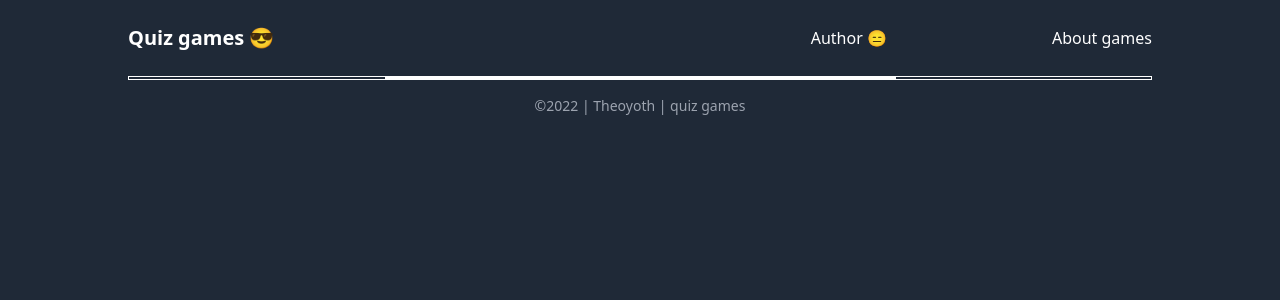
Repository: theoyoth/quiz-game
Page: /game
These files come from the project's save history. The page is drawn as it stood at one moment and after the next save; the edit follows.
The browser window is 1280 px wide. The pictures show the whole page.
The page's requests for data from a server got no answer. The project was rebuilt for these pictures with package versions that can differ from the ones it lists, and the page was loaded fresh each time. The framework's server and built-in components were replaced by stand-ins that run in the browser. No one was signed in, and anything a server would have sent is missing. Also part of the build but not shown: nuxt.config.js, layouts/404.vue, layouts/error.vue, layouts/errorLayout.vue. Imported but missing from the stored project, and not drawn on this page: components/EndPage.vue.

Above is the page before, as saved 2022-06-16 15:32:04.

### assets/css/main.css
@tailwind base;
@tailwind components;
@tailwind utilities;


/* hide scrollbar */
/* ================================ */
* {
  /* for explorer, edge */
  -ms-overflow-style: none;
  /* for firefox */
  scrollbar-width: none;
}
::-webkit-scrollbar {
  /* for chrome, safari, and opera */
  display: none;
}
/* ================================ */

.correct {
  background-color: rgb(23, 87, 170);
}
.incorrect {
  background-color: rgb(204, 49, 41);
}

### components/Footer.vue
.<template>
  <div class="text-center mt-4">
    <p class="text-sm text-gray-400">&copy;2022 | Theoyoth | quiz games</p>
  </div>
</template>

<script>
export default {

}
</script>

### components/Header.vue
<template>
  <div class="flex justify-between items-center">
    <div>
      <h2 class="font-bold text-xl">
        <NuxtLink to="/">Quiz games 😎</NuxtLink>
      </h2>
    </div>
    <div class="lg:w-1/3 sm:w-1/2 md:w-1/3 xl:w-1/3 flex justify-between items-center">
      <NuxtLink to="/">Author 😑</NuxtLink>
      <NuxtLink to="/about">About games</NuxtLink>
    </div>
  </div>
</template>

<script>
export default {

}
</script>

### components/Loading.vue
<template>
  <div class="loading">
    <span></span>
  </div>
</template>

<script>
export default {

}
</script>

<style>
.loading {
  height: 100vh;
  width: 100%;
  display: flex;
  justify-content: center;
  align-items: center;
}
@keyframes circle-loading {
  to {
    transform: rotateZ(360deg);
  }
}
.loading span{
  display: block;
  width: 70px;
  height: 70px;
  border-radius: 50%;
  border: 2px solid transparent;
  border-top-color: #fff;
  animation: circle-loading 1200ms ease infinite;

}
</style>

### components/Main.vue
<template>
  <div>
    <div class="lg:px-10 md:px-8 sm:px-4 xl:px-32 py-6 min-h-screen bg-gray-800 text-white">
    <Header />
      <NuxtChild />
    <Footer />
    </div>
  </div>
</template>

<script>
export default {

}
</script>

### layouts/default.vue
<template>
  <Main>
      <Nuxt />
  </Main>
</template>

### pages/game.vue
<template>
  <div  class="mt-6">
    <Loading v-if="$fetchState.pending"/>
    <div v-else class="w-full grid grid-cols-1 place-items-center border border-white border-1">
      <div class="xl:w-1/2 lg:w-3/4 sm:w-11/12 md:w-2/3 border border-white border-1">
        <div v-for="(q,i) in questionNow" :key="i" class="mb-4 border border-white border-1">
          <div class="px-6 py-8 bg-gray-600 rounded-lg text-center">
            <h1 class="text-lg font-semibold">{{q.question}}</h1>
            <div class="mt-4 grid grid-cols-2 gap-4 justify-items-center">
              <div v-for="(an,i) in q.answer" :key="i" class="w-40 py-2 bg-green-600 rounded-lg cursor-pointer text-center hover:bg-green-500" @click="sendAnswer">
                {{an}}
              </div>
            </div>
          </div>
        </div>
      </div>
    </div>
    <div v-if="feedback !== ''">
        <h1>{{feedback}}</h1>
    </div>
  </div>
</template>

<script>
export default {
  data() {
    return {
      dataQuestions:[],
      questions:[],
      answerQuestions:[],
      allQuestions:[],
      currentQuestion:"",
      questionNow:[],
      randomIdx:0,
      questionIndex:0,
      questionCounter:0,
      score:[],
      acceptingAnswer:false,
      feedback:"",
      correct:false,
      selectedAnswer:"",
    }
  },
  async fetch(){
    await this.getQuestions()
  },
  methods: {
    async getQuestions(){
      this.questionCounter = 0

      const dataQ = await this.$axios.get('https://opentdb.com/api.php?amount=10&category=9&difficulty=easy&type=multiple')
      this.dataQuestions = dataQ.data.results;
      this.dataQuestions.map((data,i) => {
        this.answerQuestions.push(data.incorrect_answers)

        this.randomIdx = Math.floor(Math.random() * 3) + 1
        this.answerQuestions[i].splice(this.randomIdx - 1, 0, data.correct_answer)

        this.allQuestions.push({question : data.question, answer: this.answerQuestions[i], correctAnswer: data.correct_answer})

      })
      await this.getNewQuestion()
    },
    async getNewQuestion(){
      if(this.allQuestions.length === 0){
        return this.feedback = "you are finished the questions"
      }
      this.questionCounter++

      this.questionIndex = Math.floor(Math.random() * this.allQuestions.length)
      const currentQuestion = this.allQuestions[this.questionIndex]
      this.questionNow.push(currentQuestion)

      this.allQuestions.splice(this.questionIndex, 1)

      this.acceptingAnswer = true
    },
    sendAnswer(e){
      if(!this.acceptingAnswer) return

      this.acceptingAnswer = false

      const target = e.target
      this.selectedAnswer = target.innerText
      const answer = this.questionNow[0].correctAnswer

      const classApply = this.selectedAnswer == answer ? 'correct' : 'incorrect'

      target.parentElement.classList.add(classApply)

      setTimeout(() => {
        target.parentElement.classList.remove(classApply)
        this.questionNow.splice(0,1)
        this.getNewQuestion()
      }, 500)
    }
  },
  fetchDelay : 2000,
  // mounted() {
  //   this.getNewQuestion()
  // }

}
</script>

### tailwind.config.js
/** @type {import('tailwindcss').Config} */
module.exports = {
  content: [
    "./components/**/*.{js,vue,ts}",
    "./layouts/**/*.vue",
    "./pages/**/*.vue",
    "./plugins/**/*.{js,ts}",
    "./nuxt.config.{js,ts}",
  ],
  theme: {
    extend: {},
    screens: {
      sm: "410px",
      md: "640px",
      lg: "770px",
      xl: "1024px",
    },
  },
  plugins: [],
};

After the next save:
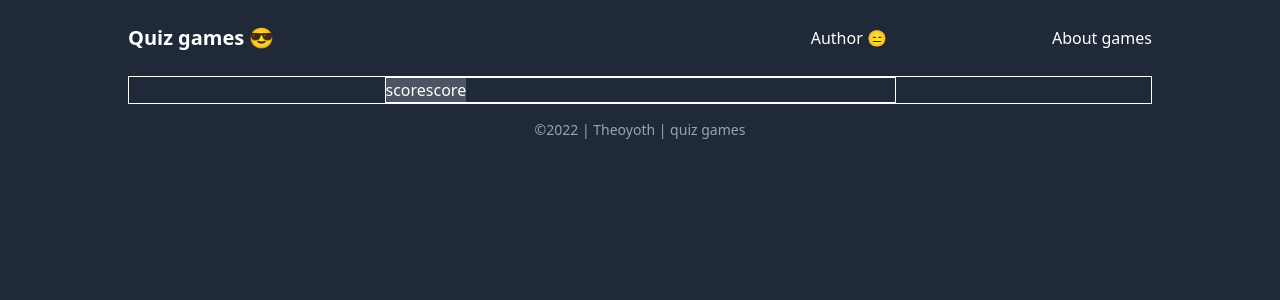
Saved 78 s later.
--- a/pages/game.vue
+++ b/pages/game.vue
@@ -3,6 +3,10 @@
     <Loading v-if="$fetchState.pending"/>
     <div v-else class="w-full grid grid-cols-1 place-items-center border border-white border-1">
       <div class="xl:w-1/2 lg:w-3/4 sm:w-11/12 md:w-2/3 border border-white border-1">
+        <div class="w-full flex justify-content-between">
+          <div class="bg-gray-600">score</div>
+          <div class="bg-gray-600">score</div>
+        </div>
         <div v-for="(q,i) in questionNow" :key="i" class="mb-4 border border-white border-1">
           <div class="px-6 py-8 bg-gray-600 rounded-lg text-center">
             <h1 class="text-lg font-semibold">{{q.question}}</h1>
